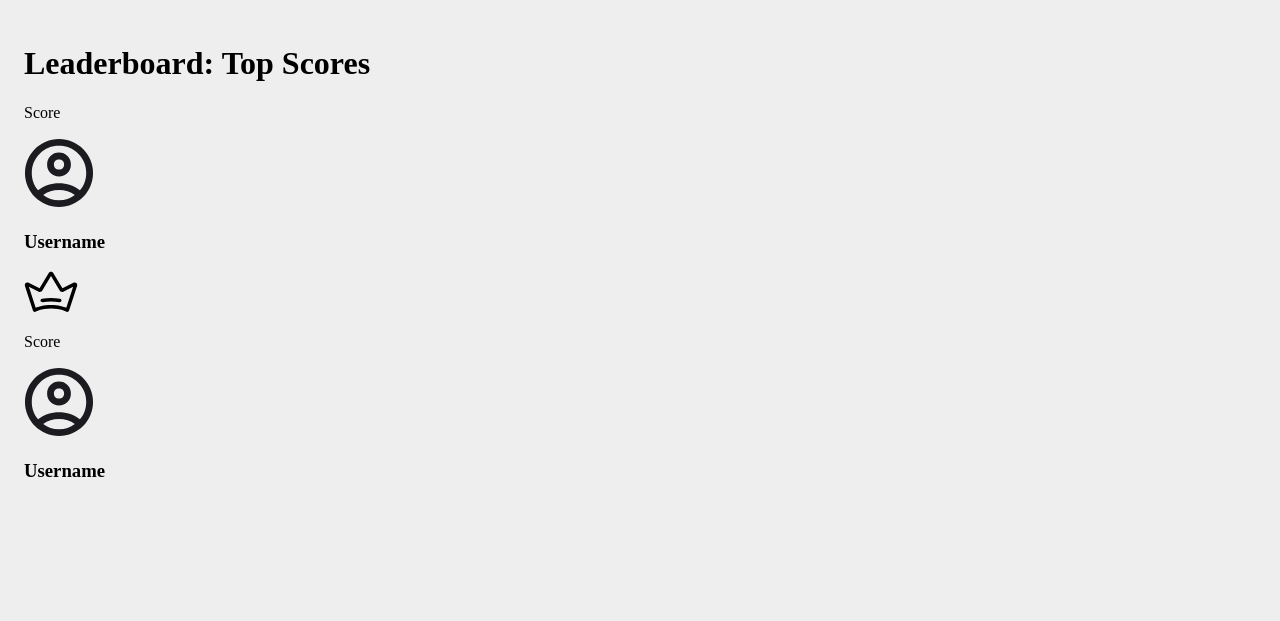
Repository: alemunden/Trash-Scavengers
Page: /Leaderboard
These files come from the project's save history. The page is drawn as it stood at one moment and after the next save; the edit follows.
The browser window is 1280 px wide. The pictures show the whole page.
The project was rebuilt for these pictures with package versions that can differ from the ones it lists, and the page was loaded fresh each time. The framework's server and built-in components were replaced by stand-ins that run in the browser. Also part of the build but not shown: next.config.mjs, styles/Leaderboard.module.css.

Above is the page before, as saved 2024-04-09 09:53:30.

### pages/Leaderboard.js
import styles from '@/styles/Leaderboard.module.css'
import Image from 'next/image'

export default function Leaderboard() {
    return(
        <main>
            <div>
                <h1>Leaderboard: Top Scores</h1>
            </div>
            <div>
                <p>Score</p>
                <Image src={'/accountcircle.svg'} width={70} height={70}/>
                <h3>Username</h3>
            </div>
            <div>
                <Image src={'/crown.svg'} width={54} height={42}/>
            </div>
            <div>
                <p>Score</p>
                <Image src={'/accountcircle.svg'} width={70} height={70}/>
                <h3>Username</h3>
            </div>
        </main>
    )
}

### styles/globals.css
:root {
    --white: #eee;
    --black: #000;
    --light-green: #B4E88C;
    --light-blue: #9EBAE5;
    --light-gray: #c5c5c5;
    --light-yellow: #F3CD70;
    --light-pink: #F3D9D9;
    --medium-green: #429600;
    --gold: #ED9F26;

}

html, body {
    overflow-x: hidden;
    background-color: var(--white);
  }

main {
    padding: 1rem;
  }

li {
    list-style-type: none;
    cursor: pointer;
    margin: 1rem;
    width: 100%;
    padding: 0.5rem;
    color: #000105;
    background-color: var(--light-blue);
    border-radius: 1rem;
    border-bottom: 6px solid #7893bb;
    font-family: "Righteous", sans-serif;
    text-align: center;
    font-size: 1.5rem;
  }

.liHover:hover {
    background-color: #7893bb;
    columns: #fff;
}

.liSelected {
    color: #fff;
    background-color: #000925;
}

Loaded but not shown: pages/_app.js (common file); pages/_document.js (common file); pages/api/hello.js (common file)

After the next save:
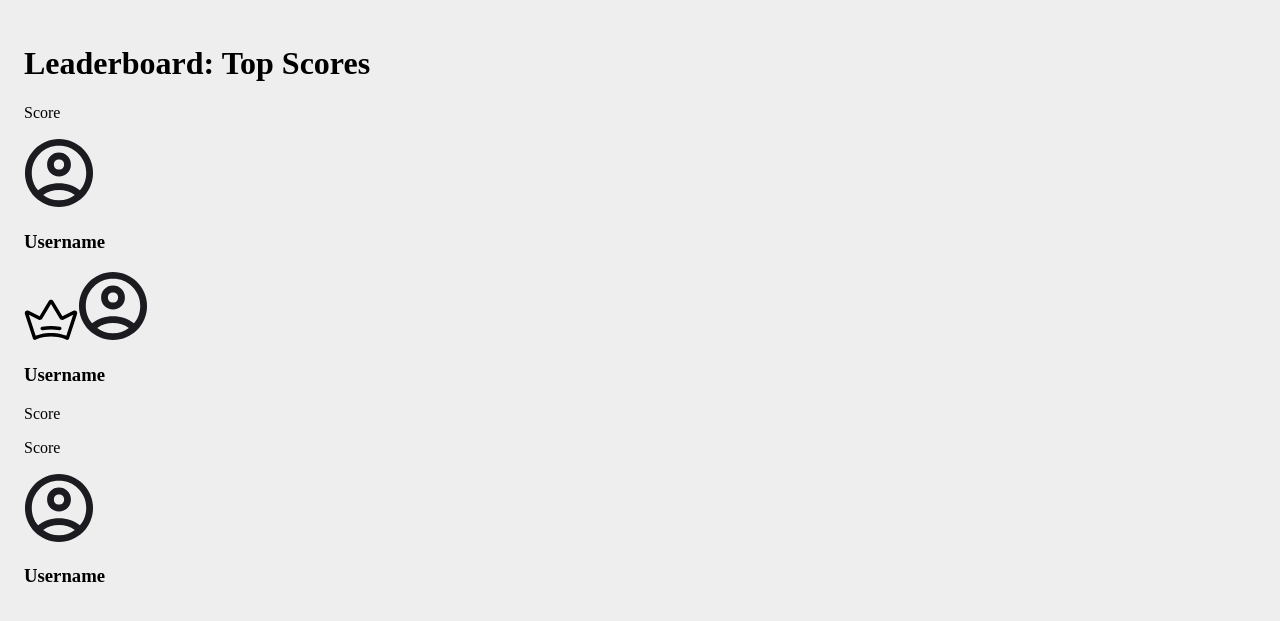
Saved 37 s later.
--- a/pages/Leaderboard.js
+++ b/pages/Leaderboard.js
@@ -14,6 +14,9 @@ export default function Leaderboard() {
             </div>
             <div>
                 <Image src={'/crown.svg'} width={54} height={42}/>
+                <Image src={'/accountcircle.svg'} width={70} height={70}/>
+                <h3>Username</h3>
+                <p>Score</p>
             </div>
             <div>
                 <p>Score</p>
